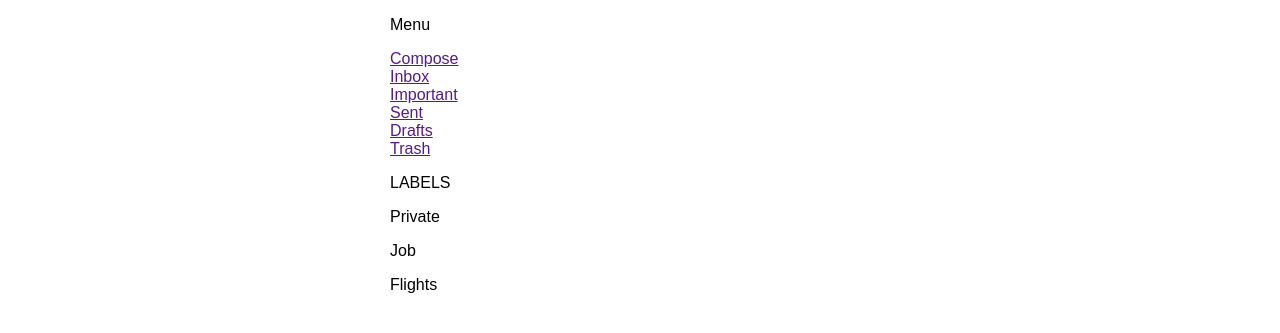
Repository: Gumiin/studia
Page: lesson4/index.html
These files come from the project's save history. The page is drawn as it stood at one moment and after the next save; the edit follows.
The browser window is 1280 px wide. The pictures show the whole page.

Above is the page before, as saved 2021-04-07 17:40:13.

### lesson4/index.html
<!DOCTYPE html>
<html lang="en">
<head>
    <meta charset="UTF-8">
    <meta http-equiv="X-UA-Compatible" content="IE=edge">
    <meta name="viewport" content="width=device-width, initial-scale=1.0">
    <title>Mail mobile part</title>
    <link rel="stylesheet" href="style.css">
</head>
<body>
    <div id="menu">
        <p>Menu</p>
        <a href=""><div id="compose">Compose</div></a>
        <nav>
            <a href=""><div class="menu">Inbox</div></a>
            <a href=""><div class="menu">Important</div></a>
            <a href=""><div class="menu">Sent</div></a>
            <a href=""><div class="menu">Drafts</div></a>
            <a href=""><div class="menu">Trash</div></a>
        </nav>
        <p>LABELS</p>
        <div id="labels">
            <p>
                <div class="label"></div>
            Private
            </p>
            <p>
                <div class="label"></div>
            Job
            </p>
            <p>
                <div class="label"></div>
            Flights
            </p>
        </div>
    </div>
    <div id="mails">
    </div>
    <div id="content">

    </div>
</body>
</html>

### lesson4/style.css
body{
    max-width: 500px;
    margin:auto;
    font-family: Arial, sans-serif;
}
#menu{

}

After the next save:
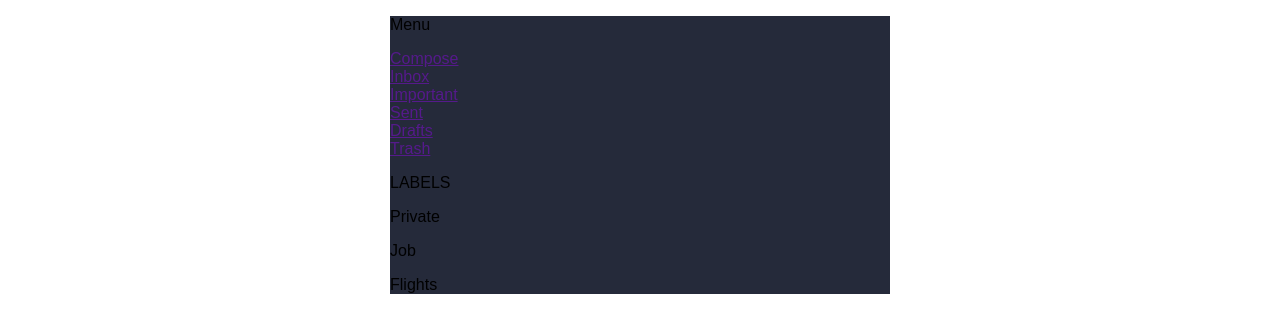
Saved 102 s later.
--- a/lesson4/style.css
+++ b/lesson4/style.css
@@ -4,5 +4,9 @@ body{
     font-family: Arial, sans-serif;
 }
 #menu{
-
+    background-color: #252a3a;
+    font: 16px, white;
 }
+#compose{
+    background-color: ;
+}
